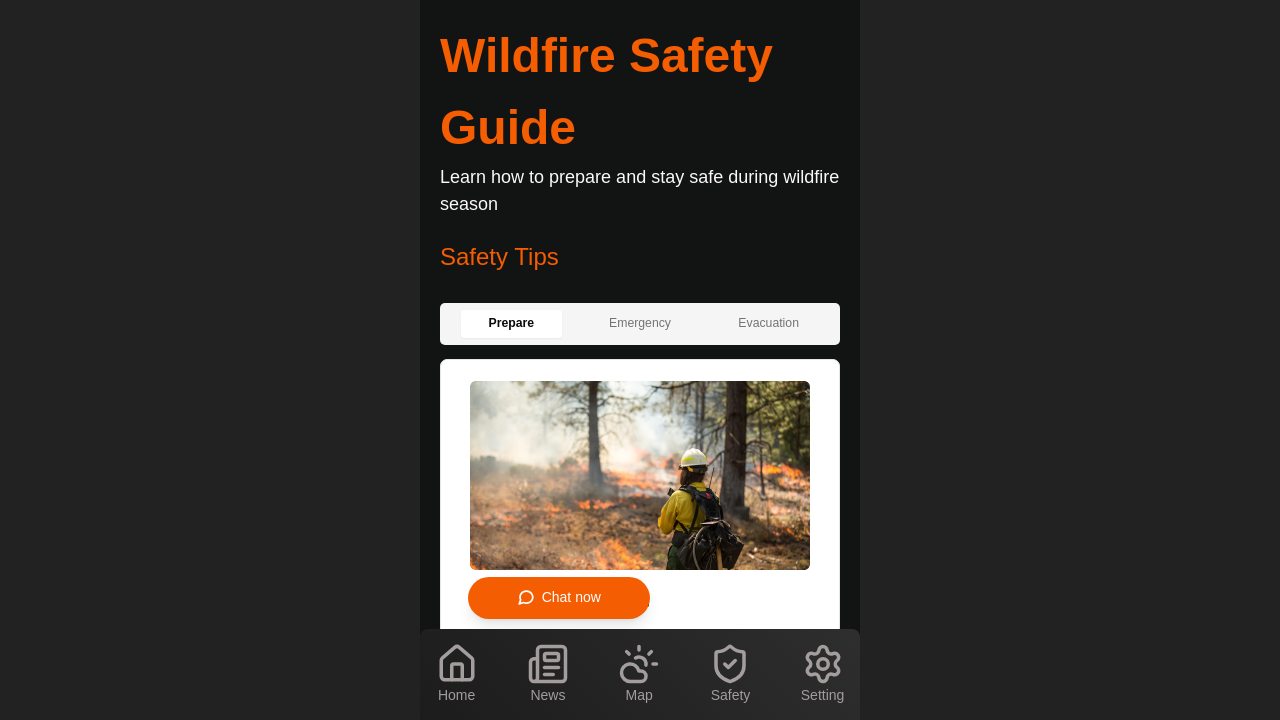
Repository: BCITKevin/Flare_IDSP
Page: /safety
The author's editor kept a copy of each file at every save. The page is drawn from the files as they stood at one save, then again after the next save.
The browser window is 1280 px wide. The pictures show the whole page.
An inner scrolling area shows only its first screen. Some web fonts or font styles are not loaded; a fallback is used. The project was rebuilt for these pictures with package versions that can differ from the ones it lists, and the page was loaded fresh each time. The framework's server and built-in components were replaced by stand-ins that run in the browser. Also part of the build but not shown: next.config.js, next.config.mjs.

Above is the page before, as saved 2024-11-30 07:57:50.

After the next save:
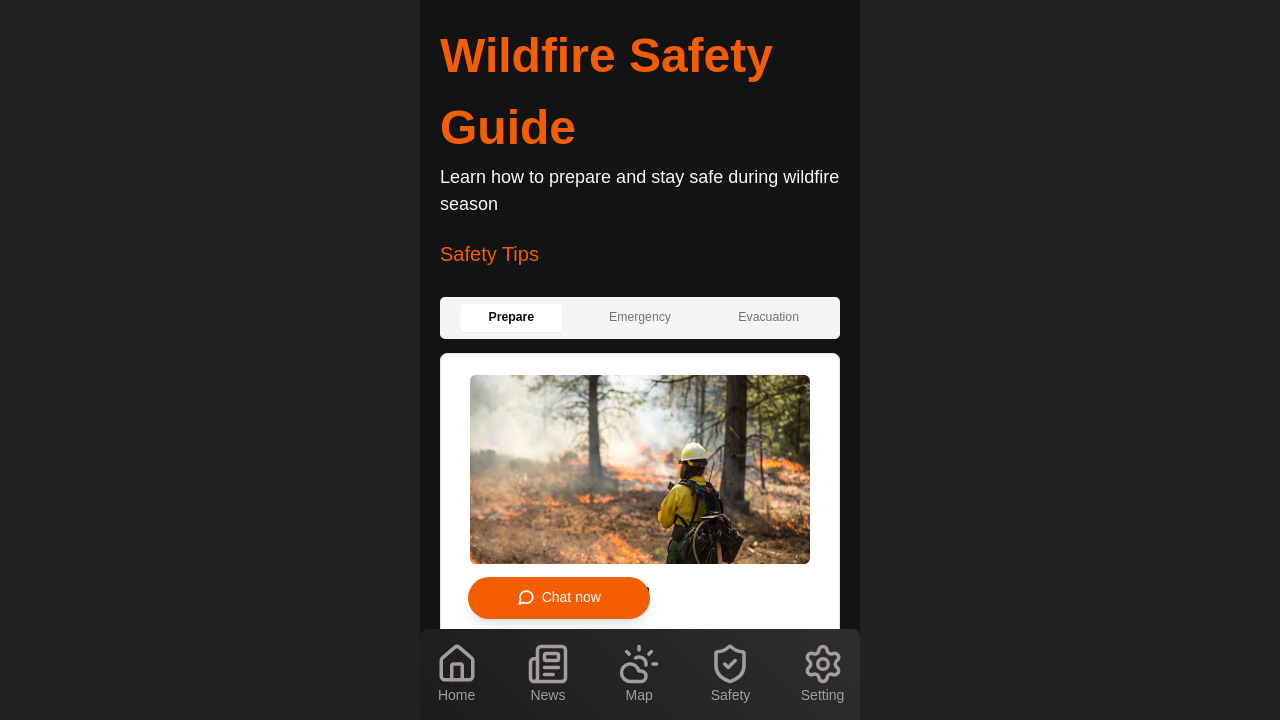
Saved 3 min 8 s later.
--- a/src/app/safety/page.tsx
+++ b/src/app/safety/page.tsx
@@ -185,9 +185,9 @@ export default function Safety() {
                     </CardContent>
                 </Card> */}
                 <div className={`${styles.safetyHeading} mb-6 mt-6`}>
-                    <h3>
+                    <h4>
                         Safety Tips
-                    </h3>
+                    </h4>
                 </div>
                 <div className="mt-2">
                 <Tabs defaultValue="Prepare" className="w-full flex flex-col" onValueChange={setActiveTab}>
